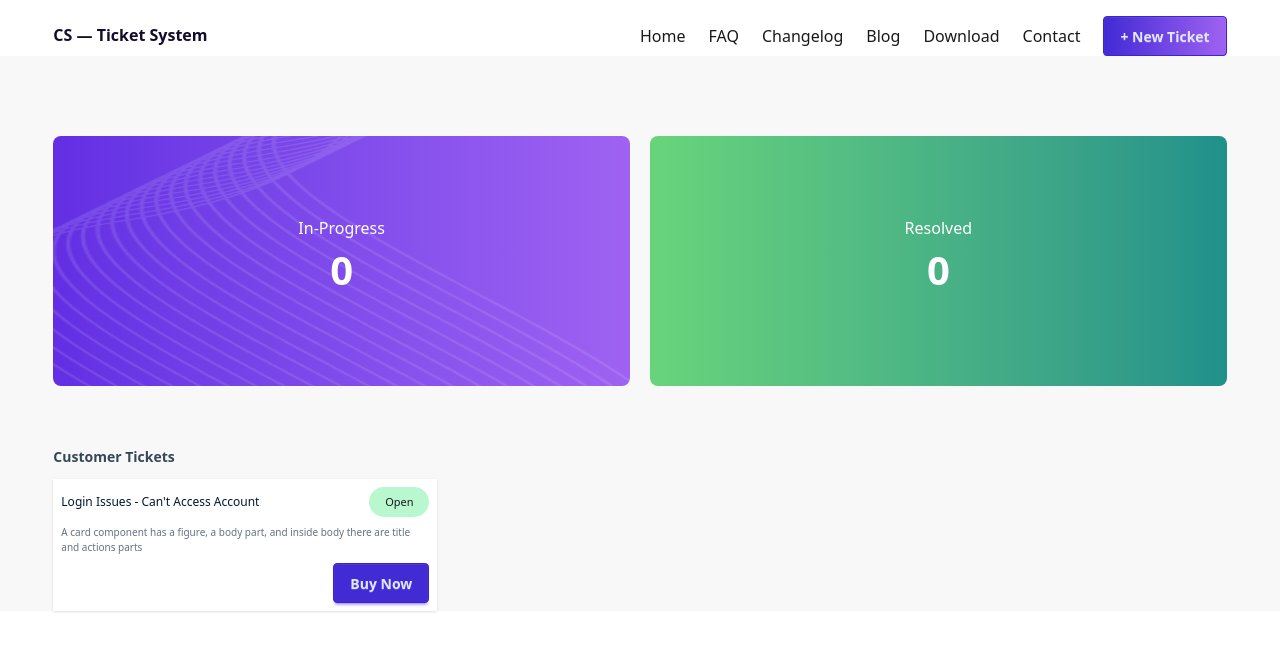
Repository: SanjidaSnigdha/Customer-Support-Zone
Page: /
An editor plug-in stored every save of this project. The page is shown before and after the next save, followed by the edit.
The browser window is 1280 px wide. The pictures show the whole page.
The project was rebuilt for these pictures with package versions that can differ from the ones it lists, and the page was loaded fresh each time. Also part of the build but not shown: vite.config.js, src/App.css.

Above is the page before, as saved 2026-03-24 03:34:29.

After the next save:
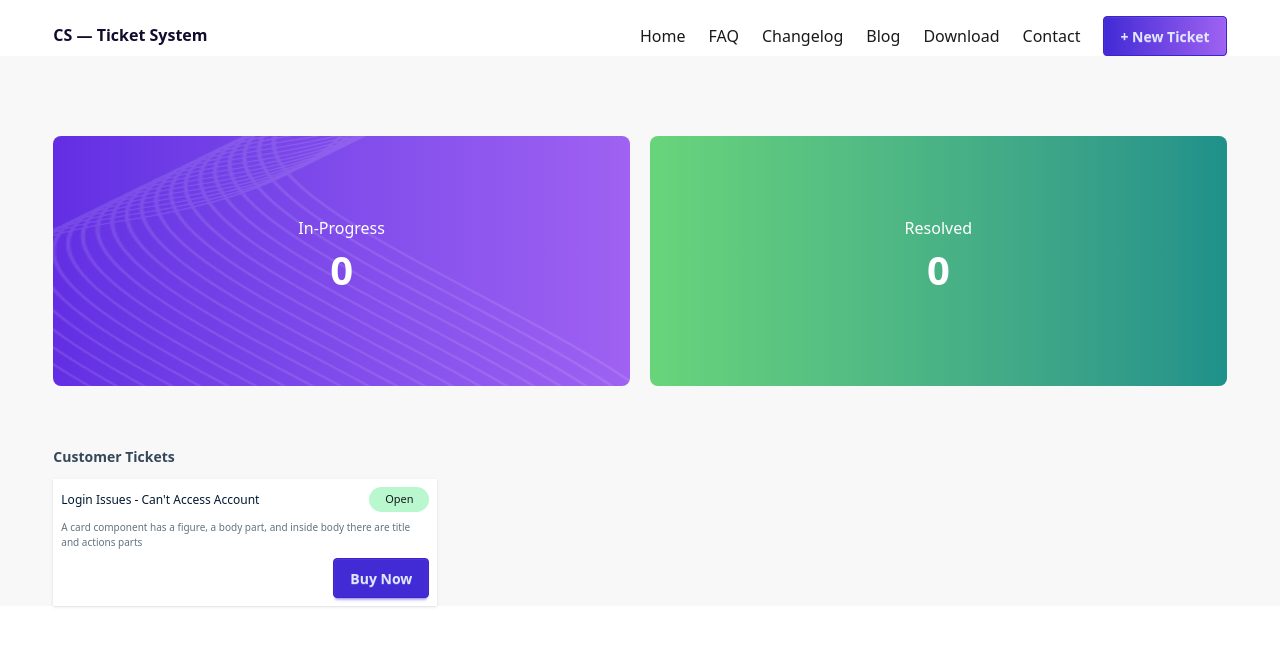
Saved 23 s later.
--- a/src/component/CustomerTickets/CustomerTickets.jsx
+++ b/src/component/CustomerTickets/CustomerTickets.jsx
@@ -10,7 +10,7 @@ const CustomerTickets = ({customerPromise}) => {
   <div className="card-body">
     <div className='flex justify-between'>
      <h2 className="card-title text-[#001931] font-medium text-[12px]">Login Issues - Can't Access Account</h2>
-     <button className='rounded-4xl bg-[#B9F8CF] w-[60px] h-[30px]'>Open</button>
+     <button className='rounded-4xl bg-[#B9F8CF] w-[60px] h-[25px]'>Open</button>
 
     </div>
     <p className='text-[#627382] text-[10px] font-medium'>A card component has a figure, a body part, and inside body there are title and actions parts</p>
